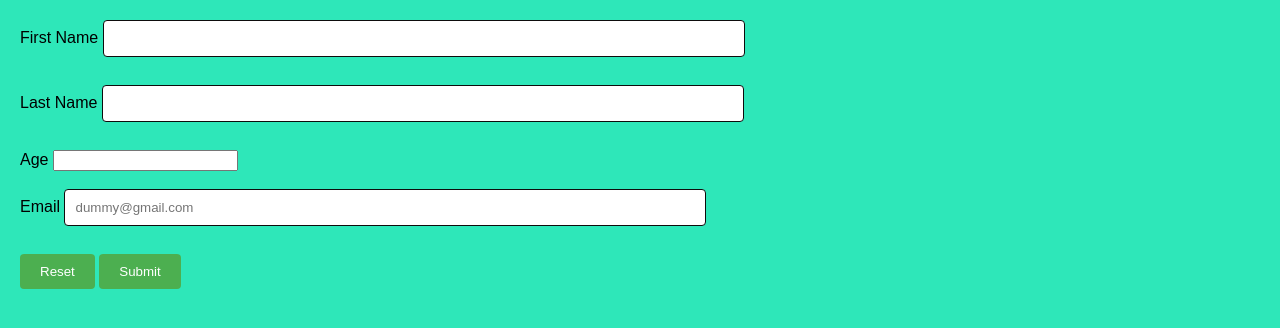
Repository: Haakim19/web-dev
Page: form.html
The author's editor kept a copy of each file at every save. The page is drawn from the files as they stood at one save, then again after the next save.
The browser window is 1280 px wide. The pictures show the whole page.

Above is the page before, as saved 2024-06-02 16:12:53.

After the next save:
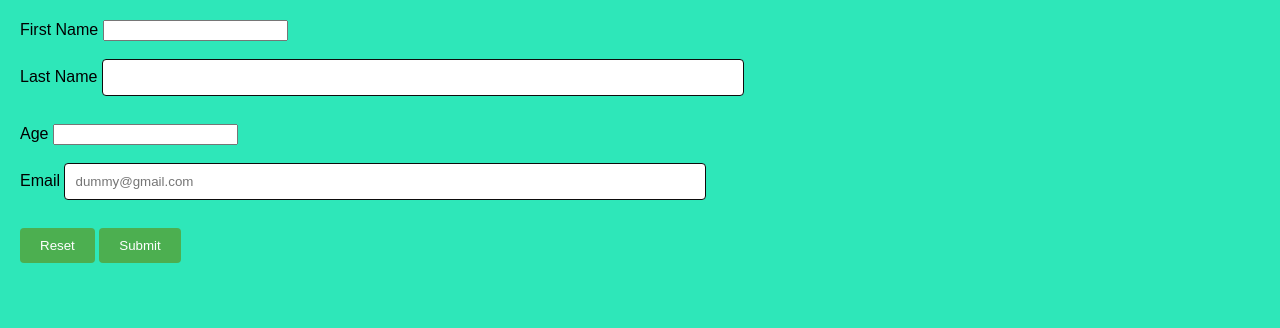
Saved 47 s later.
--- a/form.html
+++ b/form.html
@@ -10,7 +10,7 @@
     <form action="form.php" method = "POST">
        <div>
             <label for="fname">First Name</label>
-            <input type="text" name = "fname" id = "fname" required>
+            <input type="name" name = "fname" id = "fname" required>
        </div>
 
        <br>
